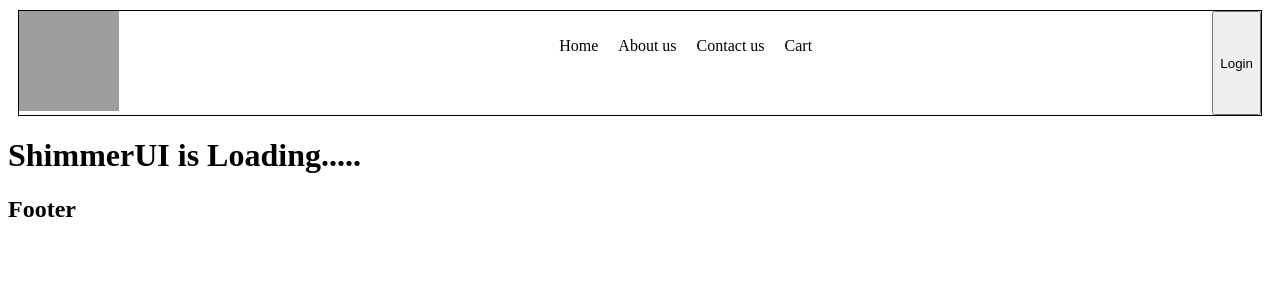
Repository: shivamv97/FOOD-VILLA-APP
Page: /
An editor plug-in stored every save of this project. The page is shown before and after the next save, followed by the edit.
The browser window is 1280 px wide. The pictures show the whole page.
Pictures or frames that could not be fetched are drawn as grey boxes. The page's requests for data from a server got no answer. The project was rebuilt for these pictures with package versions that can differ from the ones it lists, and the page was loaded fresh each time. No one was signed in, and anything a server would have sent is missing. Also part of the build but not shown: src/components/RestaurantCards.js.

Above is the page before, as saved 2024-08-02 18:20:10.

After the next save:
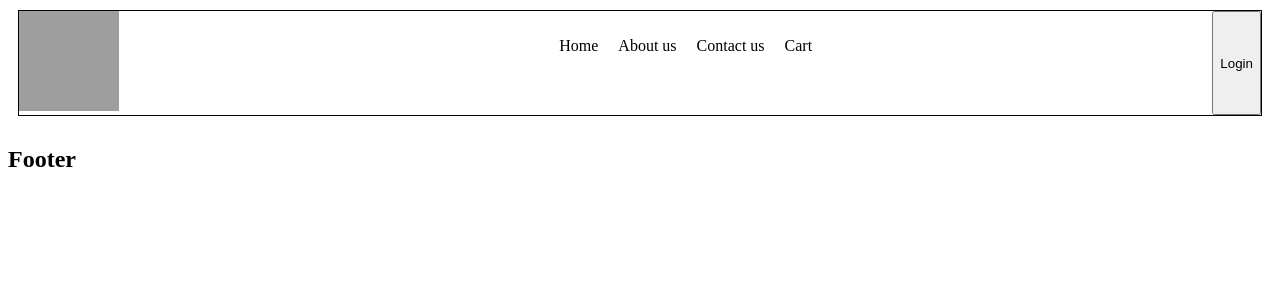
Saved 17 min 40 s later.
--- a/src/components/shimmer.js
+++ b/src/components/shimmer.js
@@ -1,5 +1,9 @@
 const Shimmer = () => {
-  return <h1>ShimmerUI is Loading.....</h1>;
+  return (
+    <div className="restaurant-list">
+      <div className="shimmer-card"></div>
+    </div>
+  );
 };
 
 export default Shimmer;
